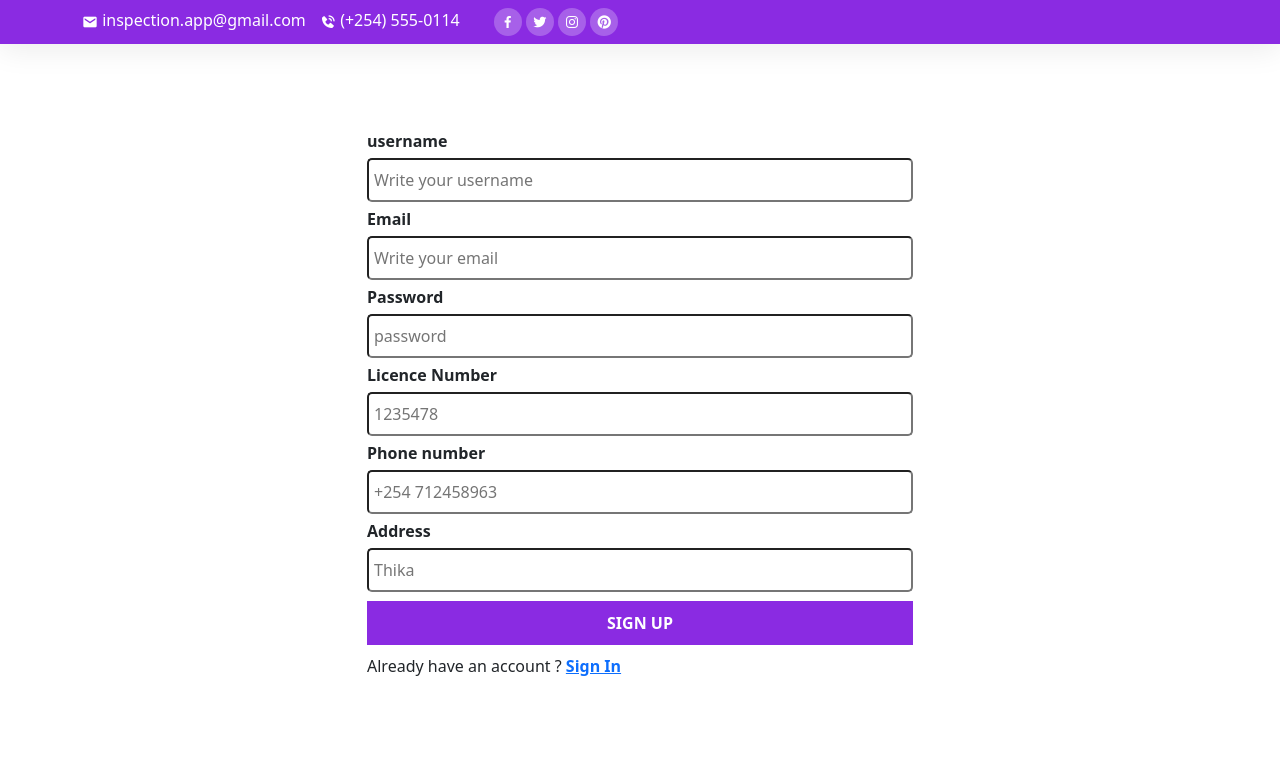
Repository: NDISHAW/Inspectionapp-rails
Page: public/signup.html
These files come from the project's save history. The page is drawn as it stood at one moment and after the next save; the edit follows.
The browser window is 1280 px wide. The pictures show the whole page.

Above is the page before, as saved 2022-10-09 04:19:33.

After the next save:
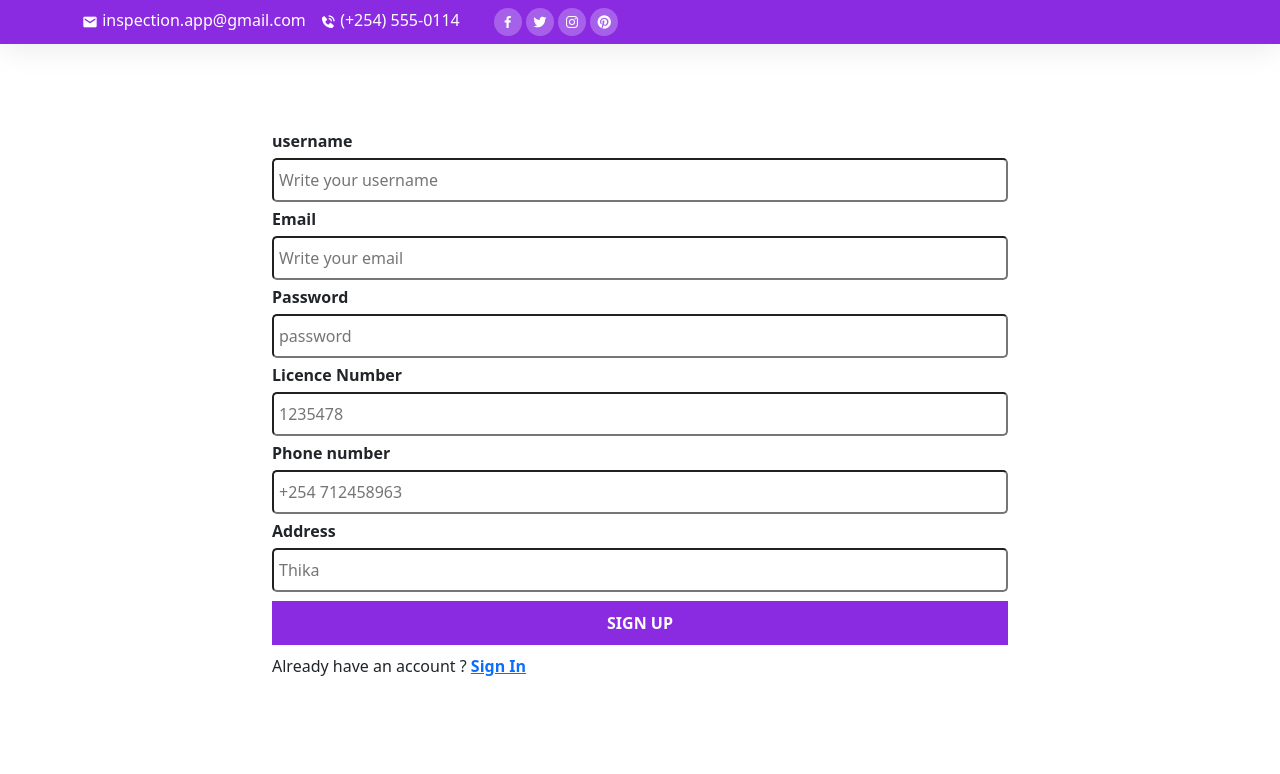
Saved 8 s later.
--- a/public/signup.html
+++ b/public/signup.html
@@ -36,7 +36,7 @@
     <section id="about">
       <div class="container">
     <div class="row justify-content-center">
-      <div class="jumbotron jumbotron-fluid col-6 ">
+      <div class="jumbotron jumbotron-fluid col-8 ">
       <!-- username  -->
       <div class="username">
         <label for="username">username</label>
